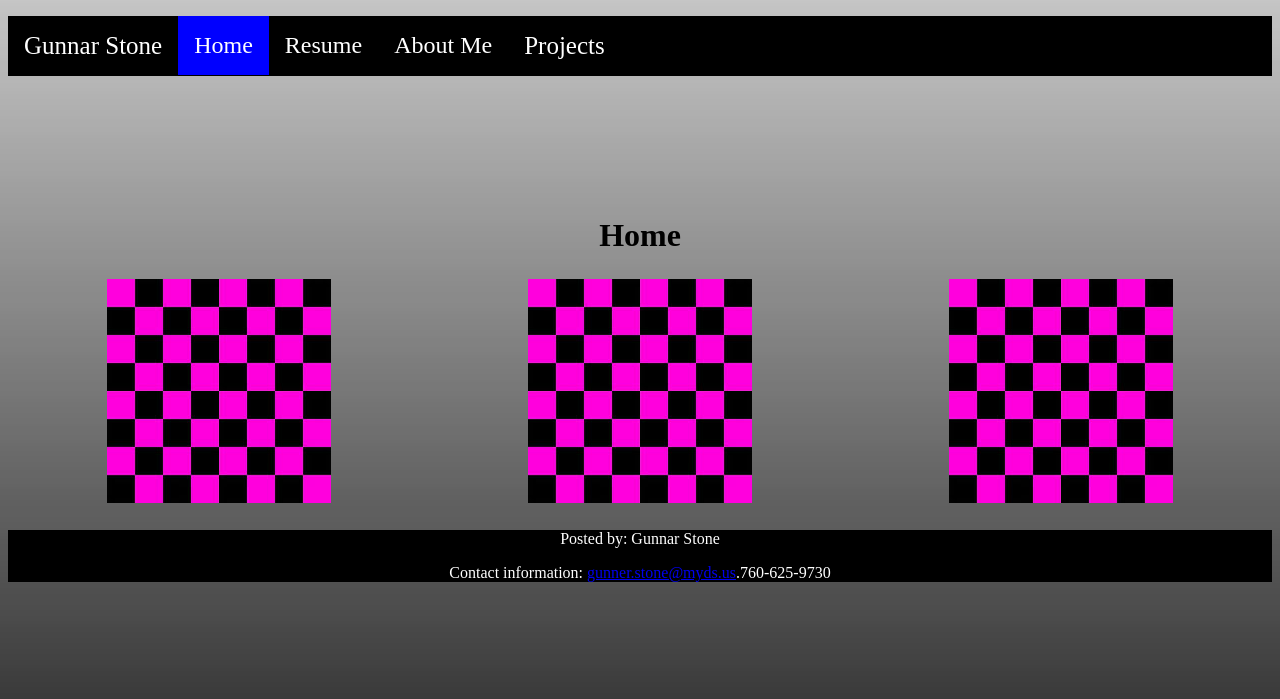
Repository: GunnarStone/GunnarStone.github.io
Page: index.html
The author's editor kept a record of every edit. The page is drawn from the files as they stood at one moment, then again after the next edit.
The browser window is 1280 px wide. The pictures show the whole page.

Above is the page before.

After the next edit:
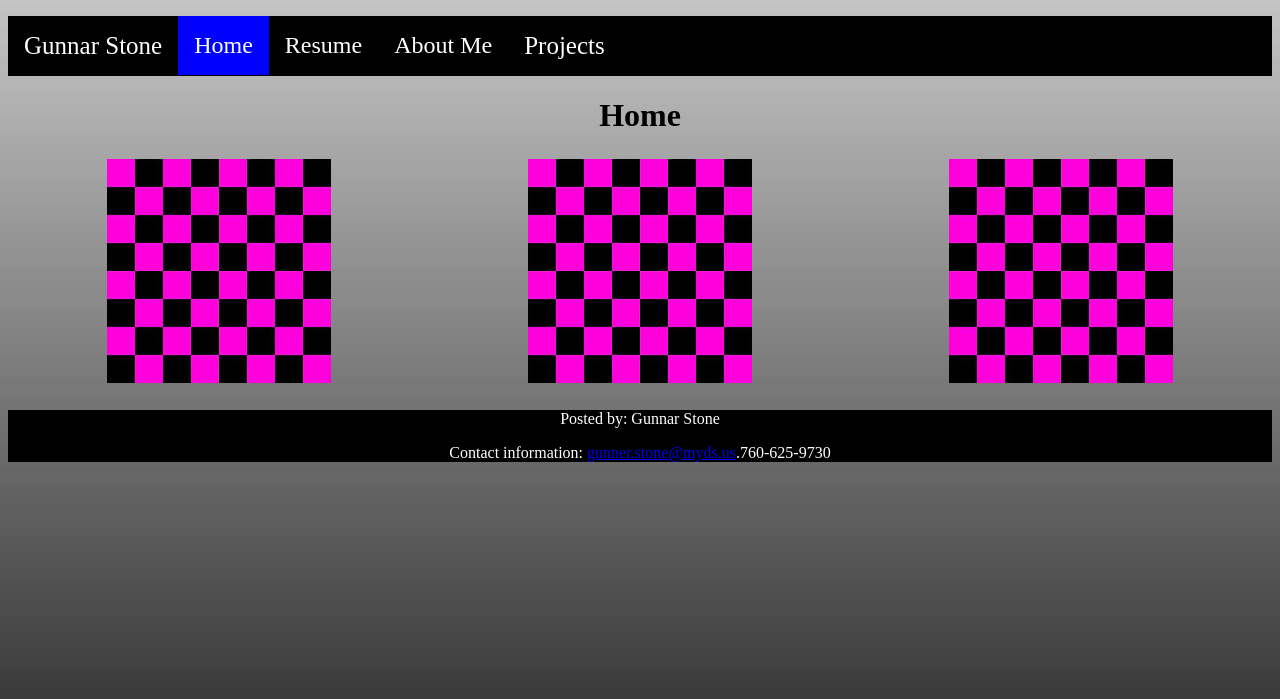
The edit:
--- a/index.html
+++ b/index.html
@@ -19,9 +19,6 @@
             </ul>
         </li>
     </ul>
-    <marquee width="100%" direction="left" height="100px">
-
-    </marquee>
     <h1 class="centerh1tag">Home</h1>
     <table style="width:100%">
         <tr>
